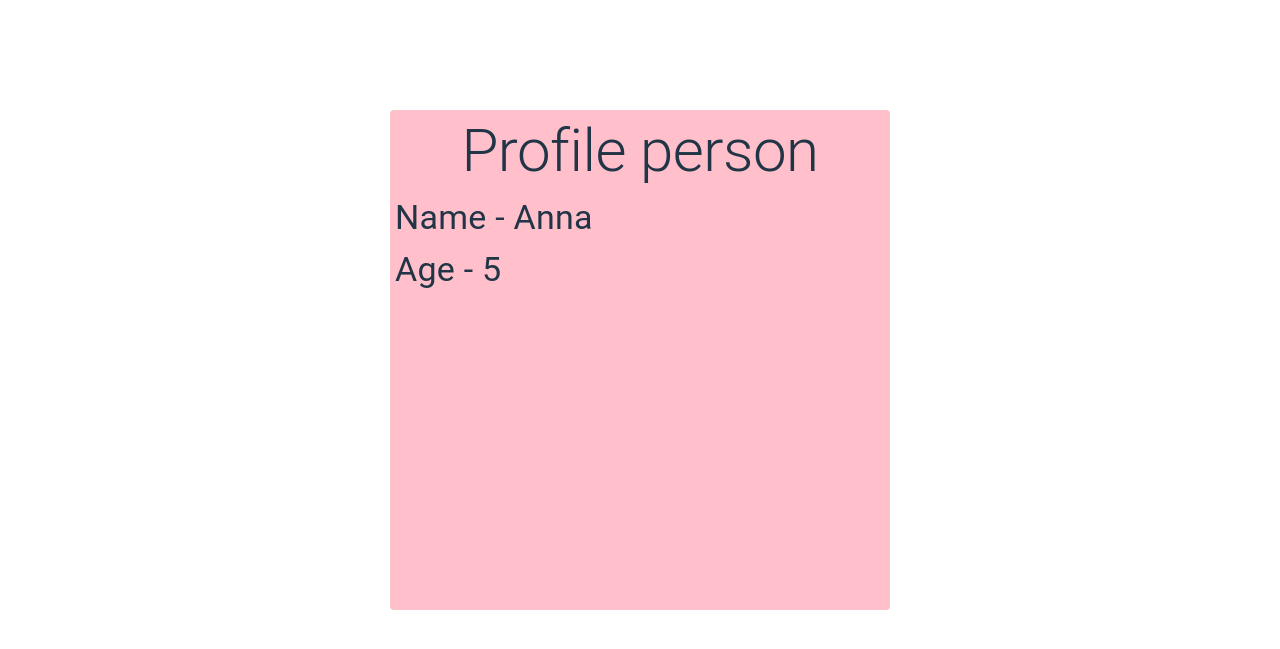
Repository: savannaaaas/props
Page: /
The author's editor kept a copy of each file at every save. The page is drawn from the files as they stood at one save, then again after the next save.
The browser window is 1280 px wide. The pictures show the whole page.
The project was rebuilt for these pictures with package versions that can differ from the ones it lists, and the page was loaded fresh each time. Also part of the build but not shown: vite.config.js.

Above is the page before, as saved 2025-07-07 23:46:41.

### src/App.jsx
import "./App.css";
import Box from "@mui/material/Box";
import { Person } from "./components/Person";
/**1. Создать 6 любых компонент.
2. В компоненты передать props следующих типов данных:
number
string
boolean
object
function
array
3. Использовать в компонентах каждый prop.
4. Сделать деструктуризацию props. */
function App() {
  return (
    <Box
      sx={{
        width: 500,
        height: 500,
        borderRadius: 1,
        bgcolor: "pink",
      }}
    >
      <Person name={"Anna"} age={5} man={false} />
    </Box>
  );
}

export default App;

### src/components/Person.jsx
import Typography from "@mui/material/Typography";
export const Person = ({ name, age }) => {
  return (
    <>
      <Typography variant="h2" align="center" style={{ padding: "5px" }}>
        Profile person
      </Typography>
      <Typography variant="h4" align="left" style={{ padding: "5px" }}>
        Name - {name}
      </Typography>
      <Typography variant="h4" align="left" style={{ padding: "5px" }}>
        Age - {age}
      </Typography>
    </>
  );
};

Loaded but not shown: index.html (common file); src/main.jsx (common file); src/index.css (common file); src/App.css (common file)

After the next save:
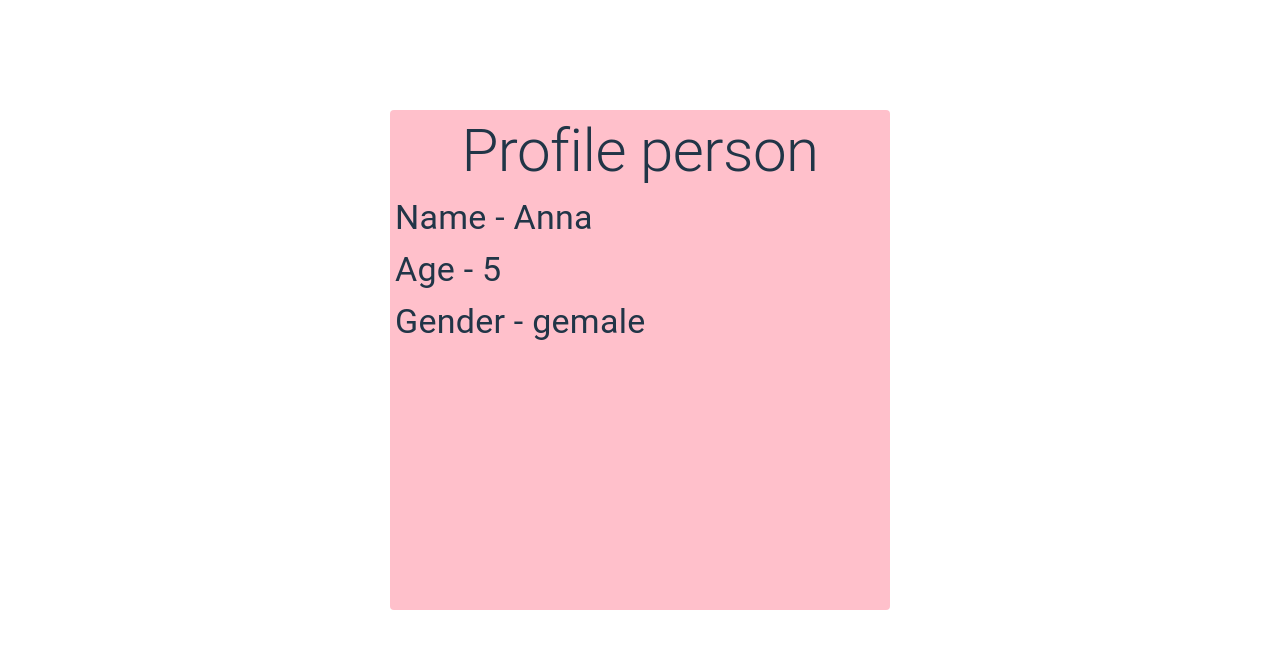
Saved 67 s later.
--- a/src/components/Person.jsx
+++ b/src/components/Person.jsx
@@ -1,5 +1,5 @@
 import Typography from "@mui/material/Typography";
-export const Person = ({ name, age }) => {
+export const Person = ({ name, age, man }) => {
   return (
     <>
       <Typography variant="h2" align="center" style={{ padding: "5px" }}>
@@ -11,6 +11,9 @@ export const Person = ({ name, age }) => {
       <Typography variant="h4" align="left" style={{ padding: "5px" }}>
         Age - {age}
       </Typography>
+      <Typography variant="h4" align="left" style={{ padding: "5px" }}>
+        Gender - {man ? "man" : "gemale"}
+      </Typography>
     </>
   );
 };
